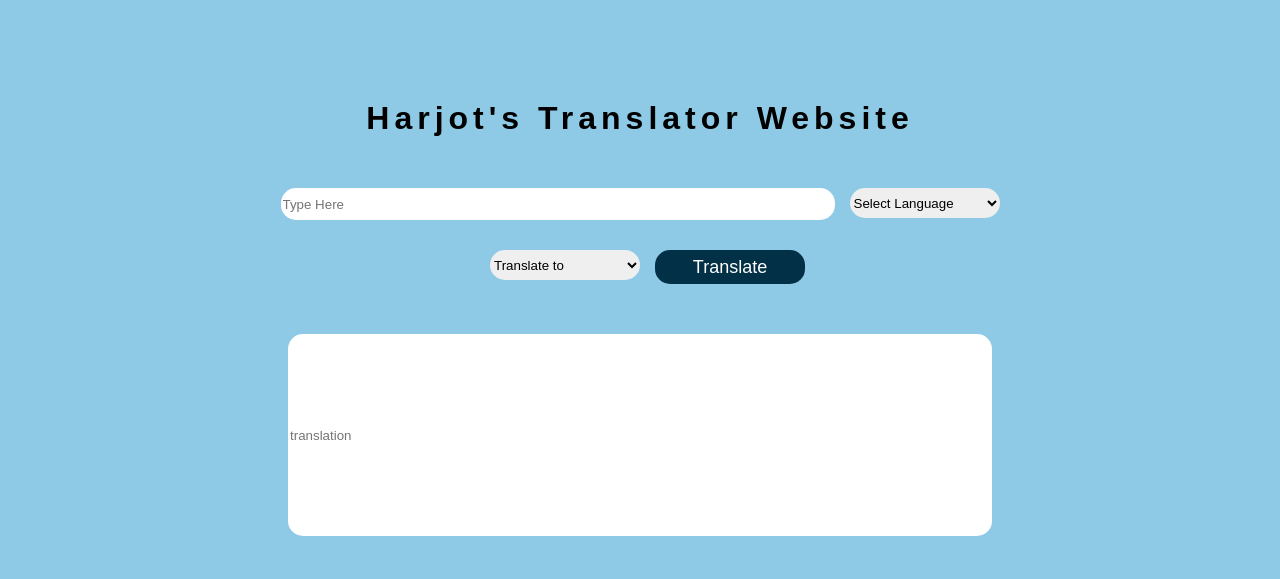
Repository: Harjot00/Pythonpractice
Page: Translator/homepage.html
An editor plug-in stored every save of this project. The page is shown before and after the next save, followed by the edit.
The browser window is 1280 px wide. The pictures show the whole page.
Some web fonts or font styles are not loaded; a fallback is used.

Above is the page before, as saved 2022-03-06 19:51:30.

After the next save:
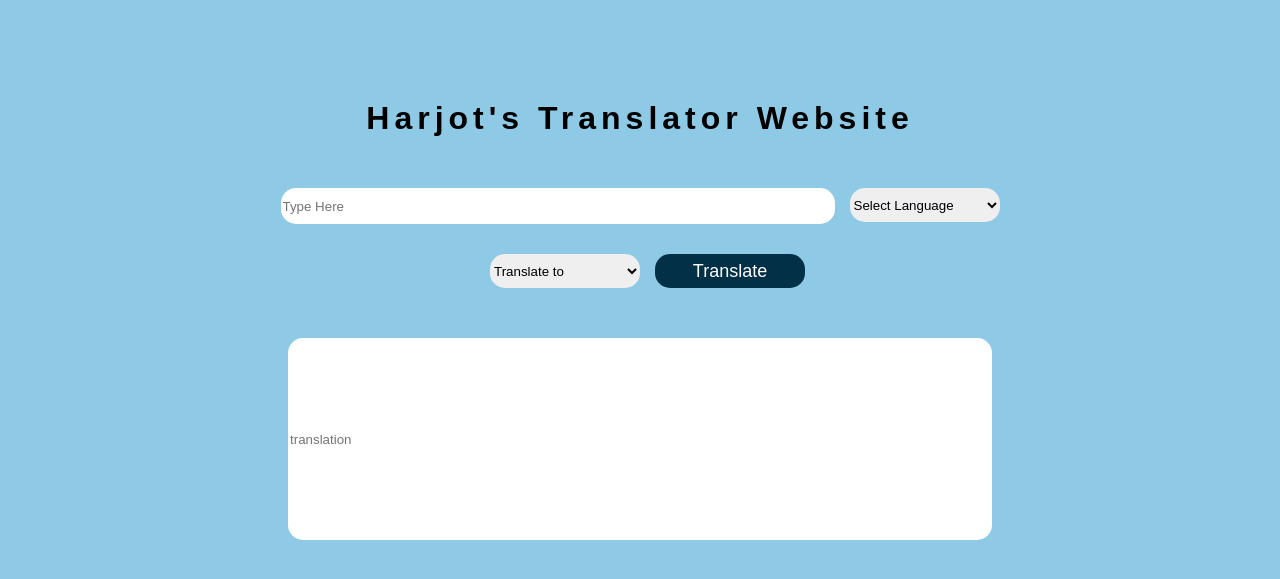
Saved 25 s later.
--- a/Translator/styles.css
+++ b/Translator/styles.css
@@ -8,7 +8,7 @@ h1{
 }
 #entry{
     width: 550px;
-    height: 30px;
+    height: 34px;
     margin: 30px 0px 0px 0px;
     border: none;
     border-radius:15px;
@@ -26,7 +26,7 @@ h1{
 }
 
 select{
-    height: 30px;
+    height: 34px;
     width: 150px;
     border: none;
     border-radius: 15px;
